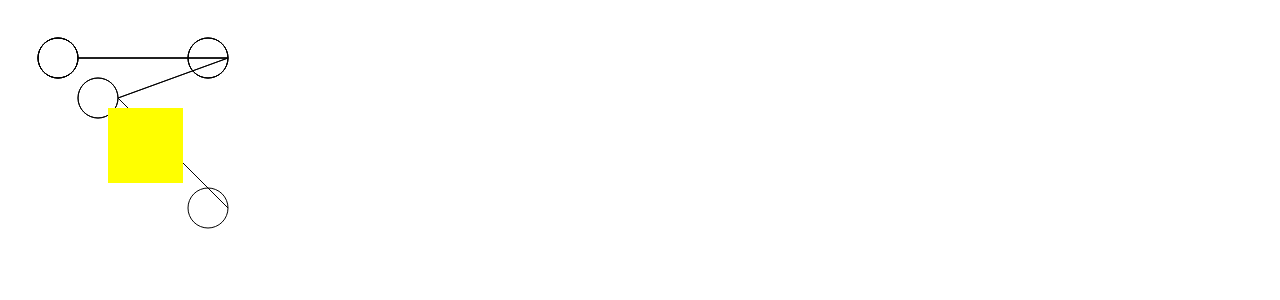
Repository: facio313/Python
Page: HELLO_PYTHON/day17/templates/canvas.html
An editor plug-in stored every save of this project. The page is shown before and after the next save, followed by the edit.
The browser window is 1280 px wide. The pictures show the whole page.

Above is the page before, as saved 2022-12-15 10:35:42.

### HELLO_PYTHON/day17/templates/canvas.html
<!DOCTYPE html>
<html>
<head>
<meta charset="UTF-8">
<title>Insert title here</title>
</head>
<body onload="loader()">
<script>
function loader(){
	var canvas = document.getElementById( "canvas" );   // canvas 객체
	var ctx = canvas.getContext( "2d" );      // 2d canvas 획득

	ctx.arc(50, 50, 20, 0, Math.PI*2, false );
	ctx.stroke();

	ctx.arc(200, 50, 20, 0, Math.PI*2, false );
	ctx.stroke();

	ctx.arc(90, 90, 20, 0, Math.PI*2, false );
	ctx.stroke();

	ctx.arc(200, 200, 20, 0, Math.PI*2, false );
	ctx.stroke();

	ctx.fillStyle = "rgba(255, 255, 0, 1)";
	ctx.fillRect (100, 100, 75, 75);
}
</script>

 <canvas id="canvas" width="600" height="500"/>

</body>
</html>

After the next save:
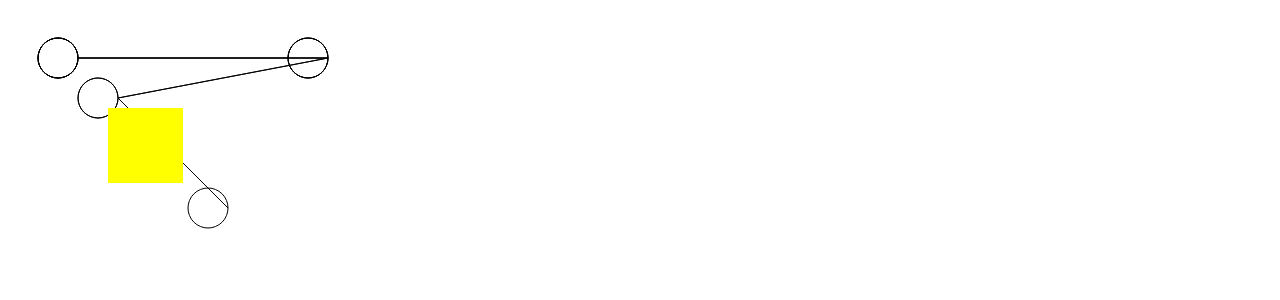
Saved 5 s later.
--- a/HELLO_PYTHON/day17/templates/canvas.html
+++ b/HELLO_PYTHON/day17/templates/canvas.html
@@ -13,7 +13,7 @@ function loader(){
 	ctx.arc(50, 50, 20, 0, Math.PI*2, false );
 	ctx.stroke();
 
-	ctx.arc(200, 50, 20, 0, Math.PI*2, false );
+	ctx.arc(300, 50, 20, 0, Math.PI*2, false );
 	ctx.stroke();
 
 	ctx.arc(90, 90, 20, 0, Math.PI*2, false );
